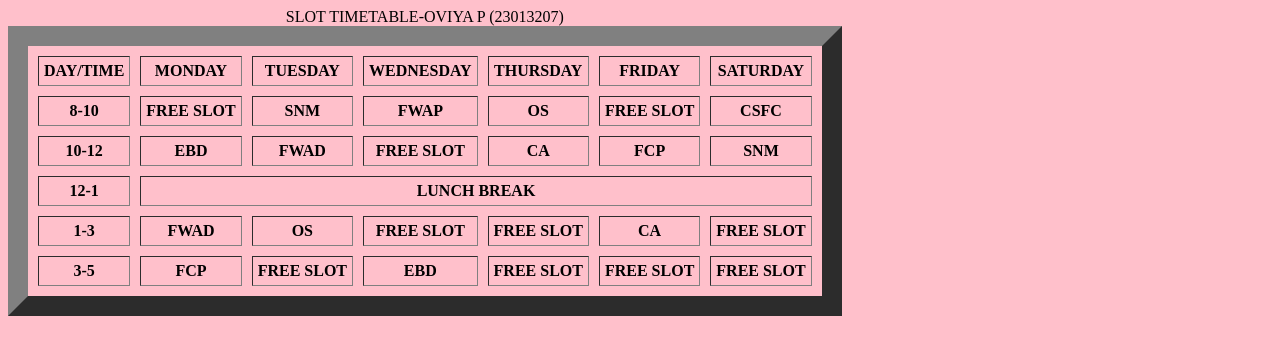
Repository: Oviya24032K6/slot
Page: oviya/static/time.html
The author's editor kept a copy of each file at every save. The page is drawn from the files as they stood at one save, then again after the next save.
The browser window is 1280 px wide. The pictures show the whole page.

Above is the page before, as saved 2024-03-13 15:15:36.

After the next save:
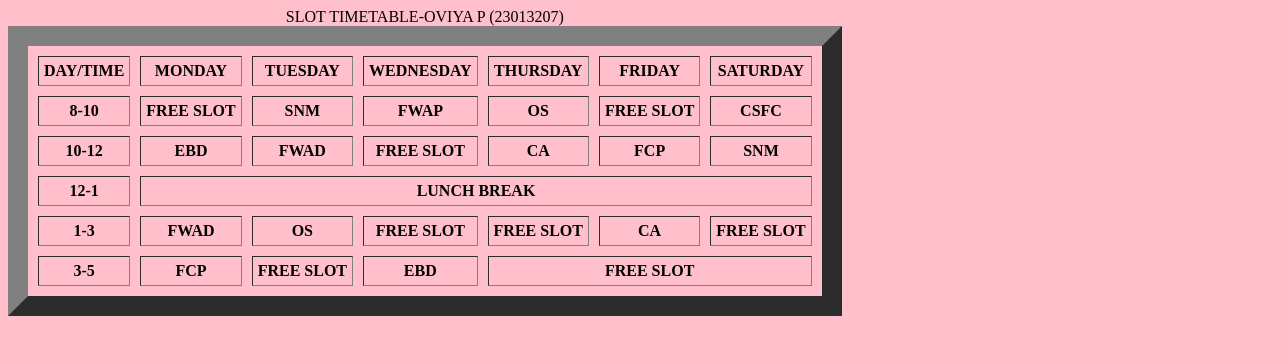
Saved 2 min 7 s later.
--- a/oviya/static/time.html
+++ b/oviya/static/time.html
@@ -50,9 +50,8 @@
             <th>FCP</th>
             <th>FREE SLOT</th>
             <th>EBD</th>
-            <th>FREE SLOT</th>
-            <th>FREE SLOT</th>
-            <th>FREE SLOT</th>
+            <th colspan="4">FREE SLOT</th>
+
         </tr>
 </html>
 </html>
